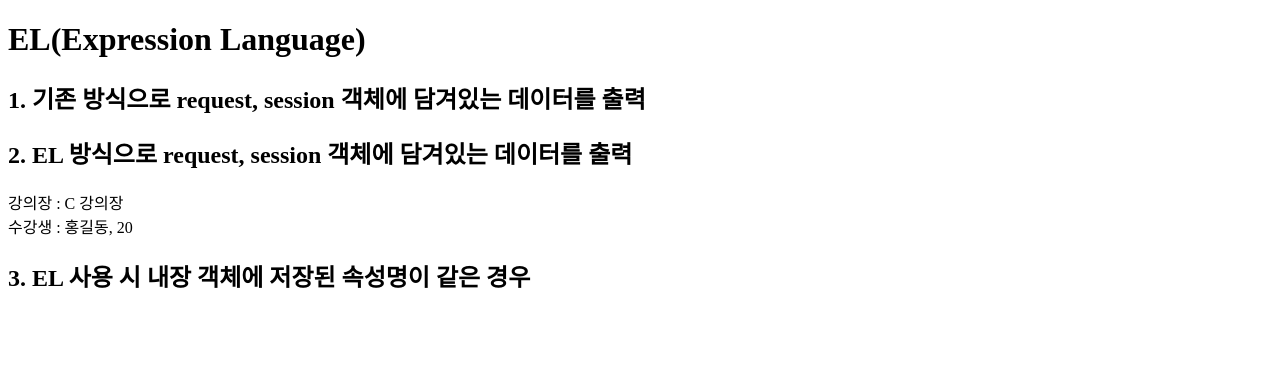
Repository: Parknogyung/Backend
Page: http://localhost/03_EL_JSTL/el.do
An editor plug-in stored every save of this project. The page is shown before and after a run of saves, followed by the edit.
The browser window is 1280 px wide. The pictures show the whole page.
The page is served by Tomcat 9.

Above is the page before, as saved 2022-07-12 02:12:51.

### 03_EL_JSTL/src/main/webapp/views/el/el.jsp
<%@page import="com.kh.el.model.vo.Student"%>
<%@ page language="java" contentType="text/html; charset=UTF-8"
    pageEncoding="UTF-8"%>
<%
	// Request 영역에 저장된 속성(Attribute)를 가져온다.
	// String classRoom = (String) request.getAttribute("classRoom");
	// Student student = (Student) request.getAttribute("student");

	// Session 영역에 저장된 속성(Attribute)를 가져온다.
	// String classRoom = (String)session.getAttribute("classRoom");
	// Student student = (Student)session.getAttribute("student");
%>
<!DOCTYPE html>
<html>
<head>
<meta charset="UTF-8">
<title>1. EL(Expression Language)</title>
</head>
<body>
	<h1>EL(Expression Language)</h1>

	<h2>1. 기존 방식으로 request, session 객체에 담겨있는 데이터를 출력</h2>
	<%--
	강의장 : <%= classRoom %> <br>
	수강생 : <%= student.getName() %>, <%= student.getAge() %> <br>
	--%>

	<h2>2. EL 방식으로 request, session 객체에 담겨있는 데이터를 출력</h2>
	<!--
		1. EL은 영역 객체에 저장된 속성명(name)을 검색해서 존재하는 경우 값을 가져온다.
		  - Page 영역 -> Request 영역 -> Session 영역 -> Application 영역 순으로 해당 속성을 찾아서 값을 가져온다.
	 	2. EL은 객체의 필드에 직접 접근하는 것 처럼 보이지만 내부적으로는 해당 객체의 Getter 메소드로 접근해서 값을 읽어온다.
	 -->
	강의장 : ${classRoom} <br>
	수강생 : ${student.name }, ${student.age } <br>

	<h2>3. EL 사용 시 내장 객체에 저장된 속성명이 같은 경우</h2>
	<%
		pageContext.setAttribute("scope", "page");
	%>
</body>
</html>

### 03_EL_JSTL/src/main/java/com/kh/el/controller/ELServlet.java
package com.kh.el.controller;

import java.io.IOException;

import javax.servlet.ServletContext;
import javax.servlet.ServletException;
import javax.servlet.annotation.WebServlet;
import javax.servlet.http.HttpServlet;
import javax.servlet.http.HttpServletRequest;
import javax.servlet.http.HttpServletResponse;
import javax.servlet.http.HttpSession;

import com.kh.el.model.vo.Student;

/**
 * Servlet implementation class ELServlet
 */
@WebServlet("/el.do")
public class ELServlet extends HttpServlet {
	private static final long serialVersionUID = 1L;

    public ELServlet() {
    }

    @Override
	protected void doGet(HttpServletRequest request, HttpServletResponse response) throws ServletException, IOException {
    	HttpSession session = request.getSession();
    	ServletContext application = request.getServletContext();

    	// Request 영역에 데이터를 저장
    	request.setAttribute("classRoom", "C 강의장");
    	request.setAttribute("student", new Student("홍길동", 20, 80, 80));
    	request.setAttribute("scope", "request");

    	// Session 영역에 데이터를 저장
    	session.setAttribute("classRoom", "D 강의장");
    	session.setAttribute("student", new Student("성춘향", 18, 100, 100));
    	session.setAttribute("scope", "session");

    	// Application 영역에 데이터를 저장
    	application.setAttribute("academy", "KH 정보교육원");
    	application.setAttribute("teacher", "문인수");
    	application.setAttribute("scope", "application");

    	request.getRequestDispatcher("views/el/el.jsp").forward(request, response);
    }

}

### 03_EL_JSTL/src/main/java/com/kh/el/model/vo/Student.java
package com.kh.el.model.vo;

import lombok.AllArgsConstructor;
import lombok.Data;
import lombok.Getter;
import lombok.NoArgsConstructor;

@Data
@NoArgsConstructor
@AllArgsConstructor
public class Student {
	private String name;

	private int age;

	private int math;

	private int english;
}

After the next 2 saves:
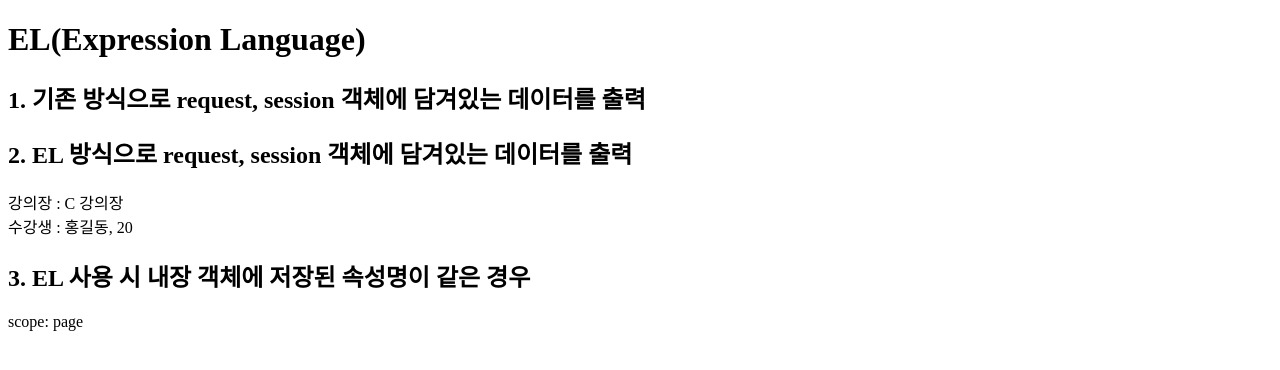
The 2 saves are shown as one change because they came seconds apart.
The last was saved 79 s later.
--- a/03_EL_JSTL/src/main/webapp/views/el/el.jsp
+++ b/03_EL_JSTL/src/main/webapp/views/el/el.jsp
@@ -38,5 +38,6 @@
 	<%
 		pageContext.setAttribute("scope", "page");
 	%>
+	scope: ${ scope } <br>
 </body>
 </html>
